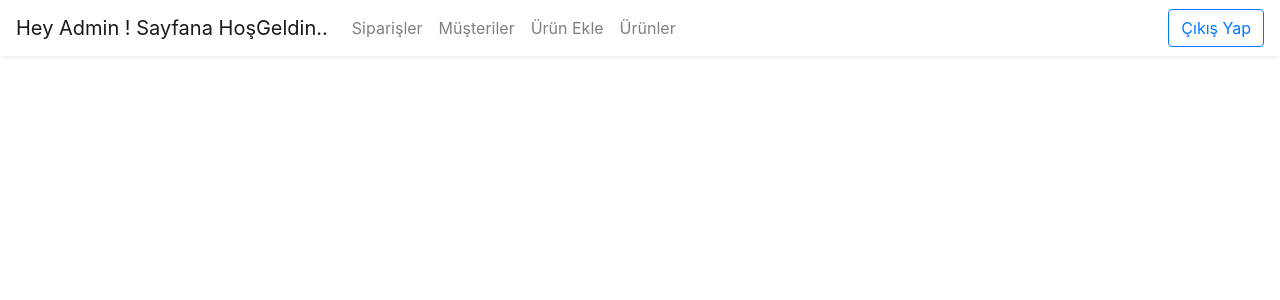
Repository: NergisAktug/E-Commerce-PythonWithFlask-Sqlite3
Page: http://localhost/admin
These files come from the project's save history. The page is drawn as it stood at one moment and after the next save; the edit follows.
The browser window is 1280 px wide. The pictures show the whole page.
Some web libraries are served in a nearby version. The page is served by the project's application, run on Flask 3 (app.py).

Above is the page before, as saved 2018-12-08 17:03:08.

After the next save:
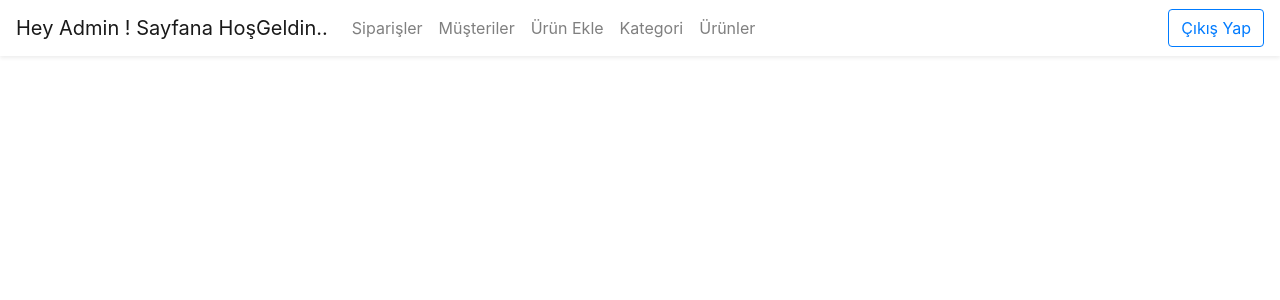
Saved 4 min 33 s later.
--- a/templates/admin.html
+++ b/templates/admin.html
@@ -28,6 +28,9 @@
                         <a href="/urunEkle" class="nav-link">Ürün Ekle</a>
                      </li>
                      <li class="nav-item">
+                            <a href="#" class="nav-link">Kategori</a>
+                         </li>
+                     <li class="nav-item">
                         <a href="#" class="nav-link">Ürünler</a>
                      </li>
                 </ul>
